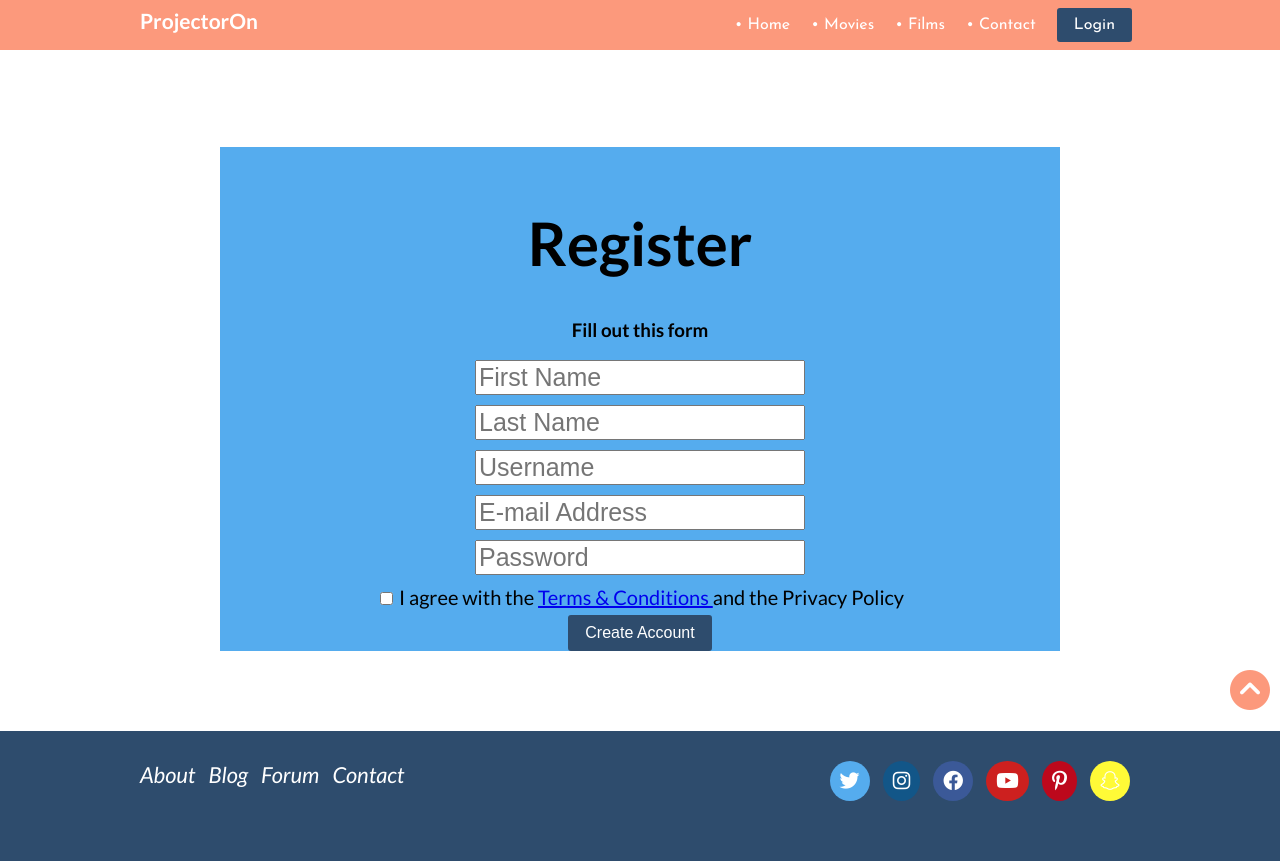
Repository: albayrakfatih/ProjectorOn_WebMovieApp
Page: register.html
The author's editor kept a copy of each file at every save. The page is drawn from the files as they stood at one save, then again after the next save.
The browser window is 1280 px wide. The pictures show the whole page.
Some web libraries are served in a nearby version.

Above is the page before, as saved 2023-04-30 02:00:34.

After the next save:
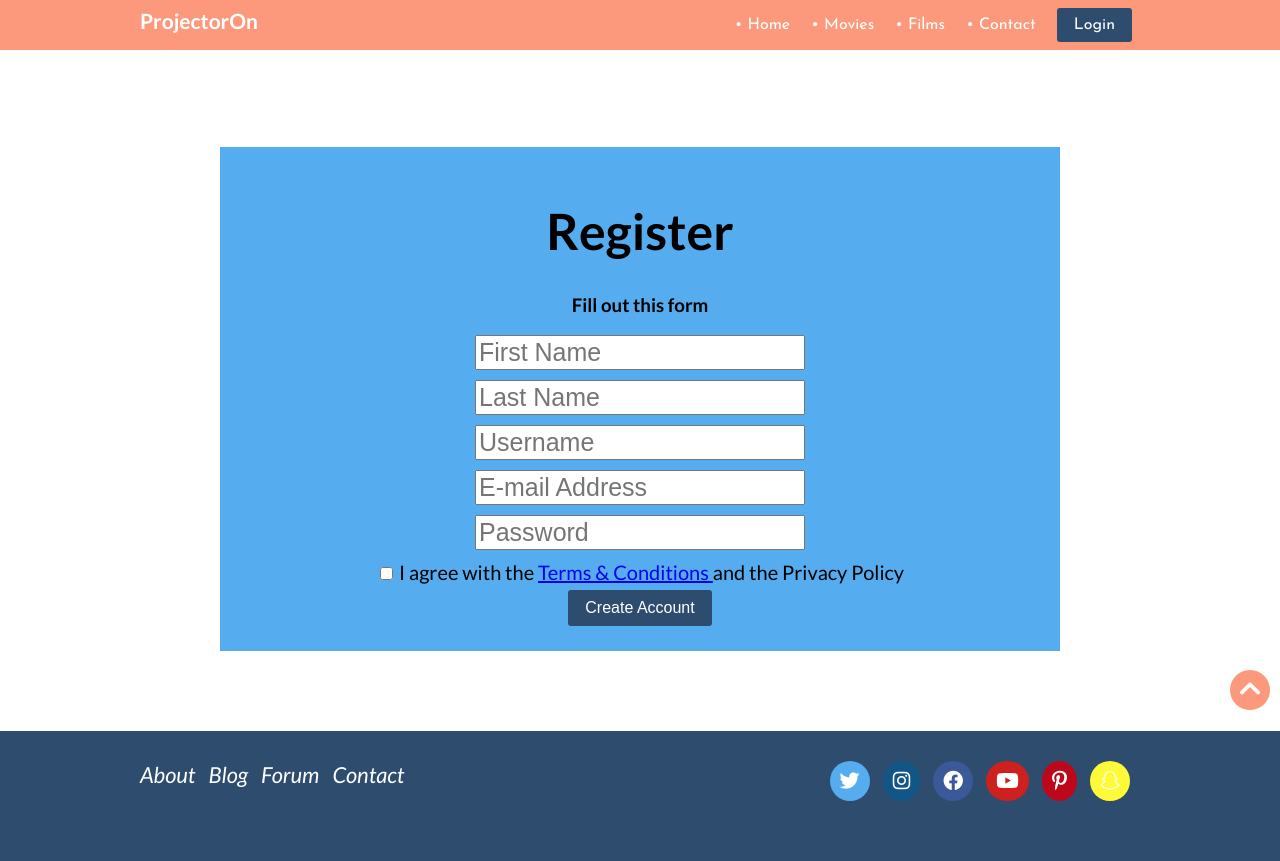
Saved 5 s later.
--- a/css/styles.css
+++ b/css/styles.css
@@ -391,7 +391,7 @@ footer ul li {
     text-align: center;
 }
 .register-card h1 {
-    font-size: 60px;
+    font-size: 50px;
 }
 .register-card h1,h3 {
     text-align: center;
